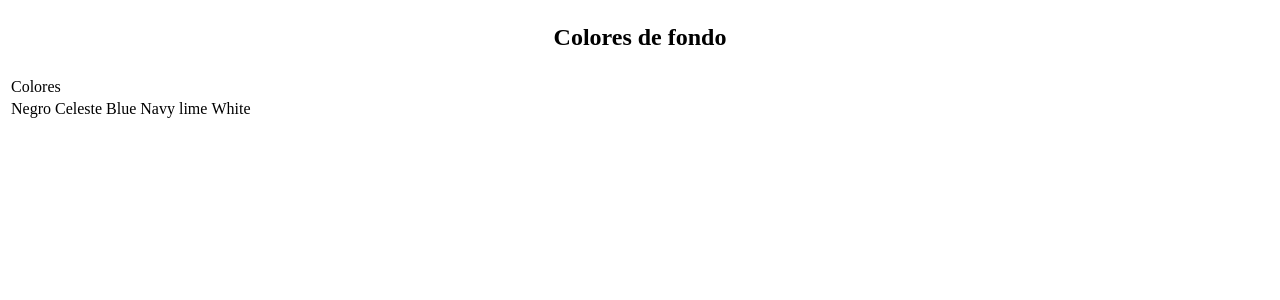
Repository: ThePerez/ArgProg
Page: Practicas ArgProg/Practica 3/Ejercicio 5/index.html
The author's editor kept a copy of each file at every save. The page is drawn from the files as they stood at one save, then again after the next save.
The browser window is 1280 px wide. The pictures show the whole page.

Above is the page before, as saved 2023-03-14 11:55:24.

After the next save:
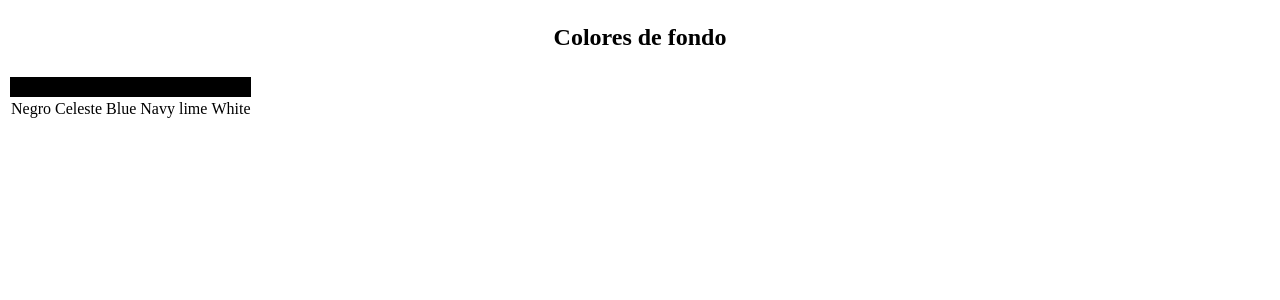
Saved 9 s later.
--- a/Practicas ArgProg/Practica 3/Ejercicio 5/styles.css
+++ b/Practicas ArgProg/Practica 3/Ejercicio 5/styles.css
@@ -4,6 +4,6 @@
      text-align: center;
 }
 
-#td{
+#colores{
      background-color: black;
 }
